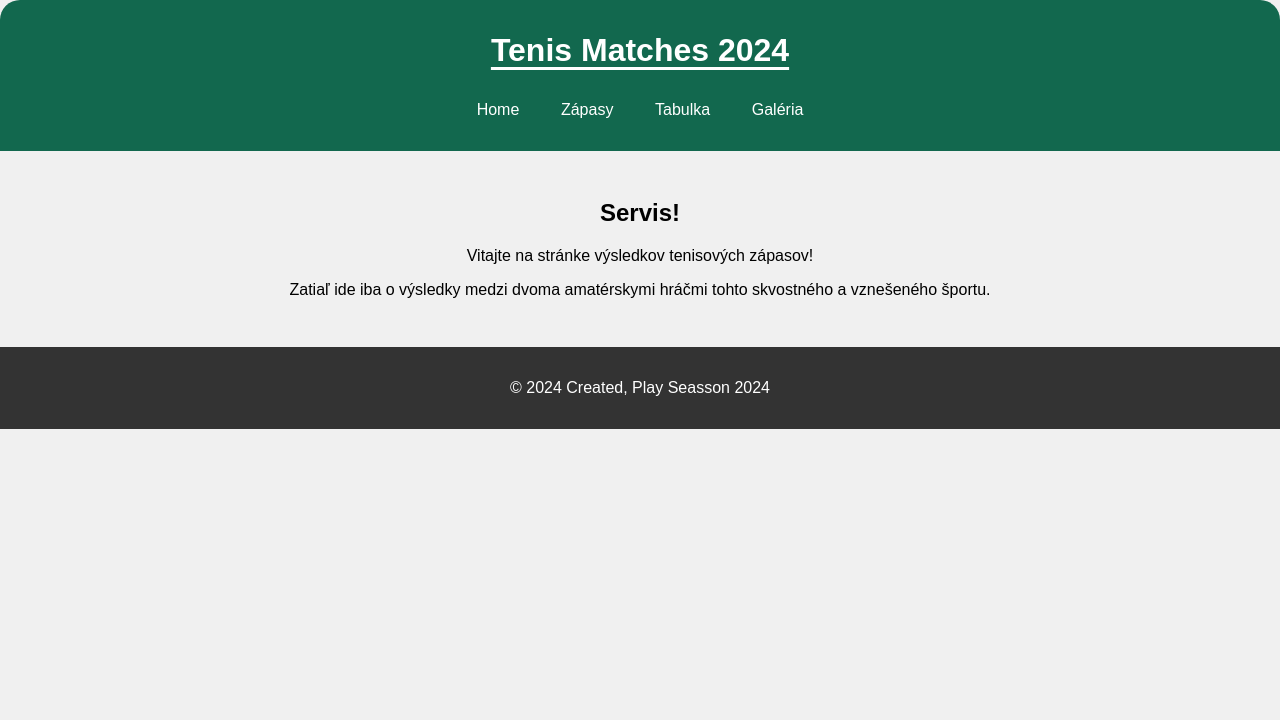
Repository: Badynko/tenis
Page: index.html
These files come from the project's save history. The page is drawn as it stood at one moment and after the next save; the edit follows.
The browser window is 1280 px wide. The pictures show the whole page.

Above is the page before, as saved 2024-07-20 20:11:07.

After the next save:
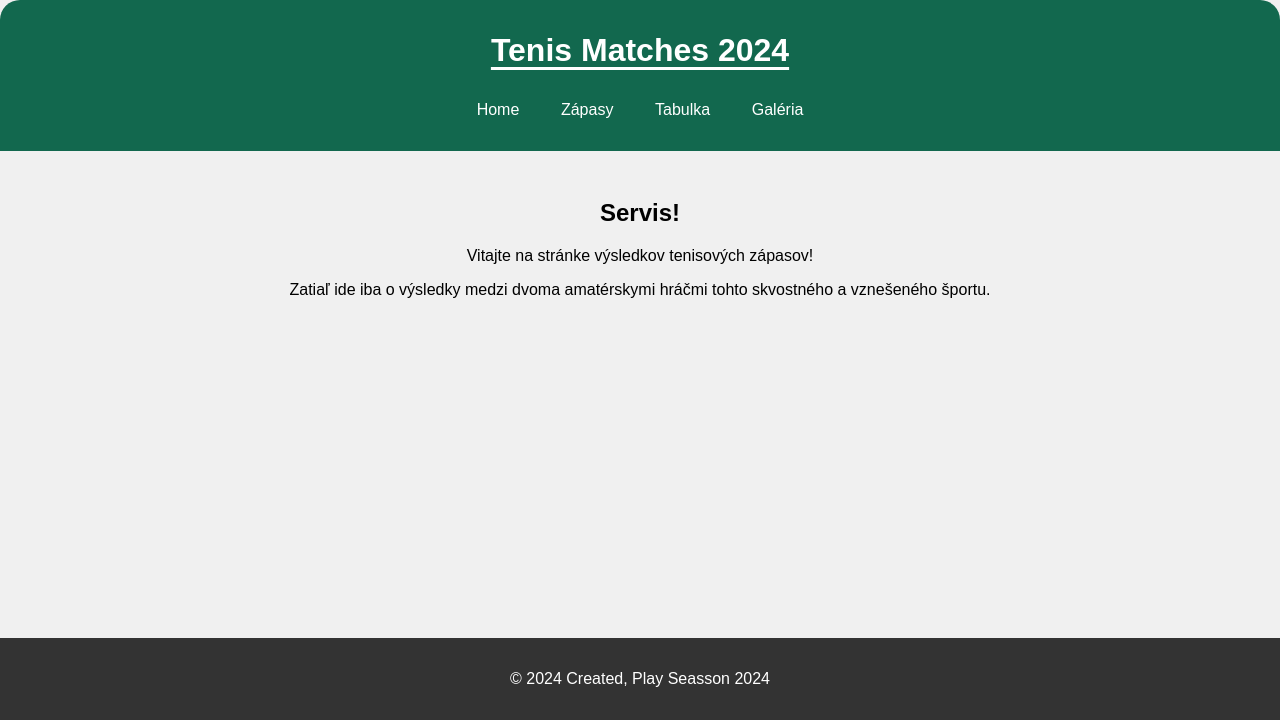
Saved 42 s later.
--- a/css/style.css
+++ b/css/style.css
@@ -90,6 +90,10 @@ footer {
   color: #fff;
   text-align: center;
   padding: 1rem 0;
+  position: fixed;
+  left: 0;
+  bottom: 0;
+  width: 100%;
 }
 
 @media (min-width: 600px) {
